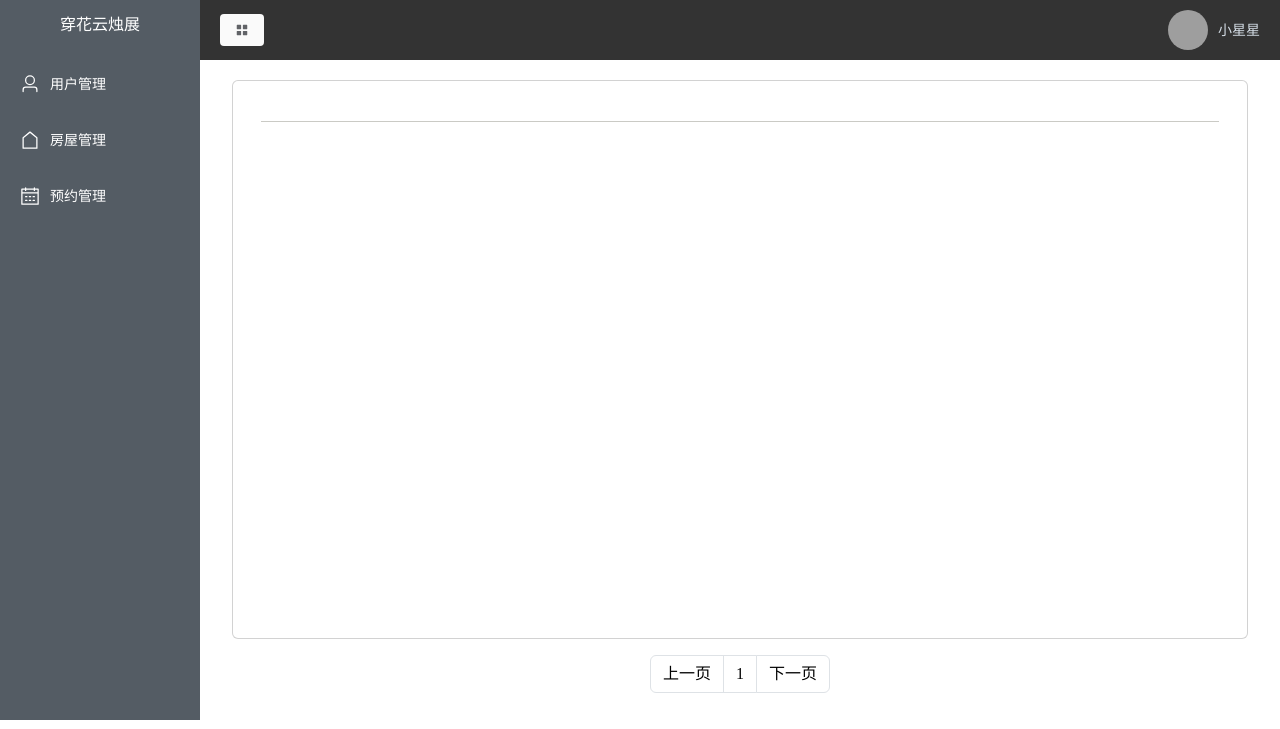
Repository: 3403784285-lucky/test-vue-big
Page: /manager-layout
The author's editor kept a copy of each file at every save. The page is drawn from the files as they stood at one save, then again after the next save.
The browser window is 1280 px wide. The pictures show the whole page.
Pictures or frames that could not be fetched are drawn as grey boxes. The page's requests for data from a server got no answer. The project was rebuilt for these pictures with package versions that can differ from the ones it lists, and the page was loaded fresh each time. No one was signed in, and anything a server would have sent is missing. Also part of the build but not shown: vite.config.js, src/components/HelloWorld.vue, src/components/WelcomeItem.vue, src/components/icons/IconDocumentation.vue, src/components/icons/IconTooling.vue, src/components/icons/IconEcosystem.vue, src/components/icons/IconCommunity.vue, src/components/icons/IconSupport.vue and 2 more. Imported but missing from the stored project, and not drawn on this page: src/views/user/UserPassword.vue.

Above is the page before, as saved 2024-06-22 11:40:39.

After the next save:
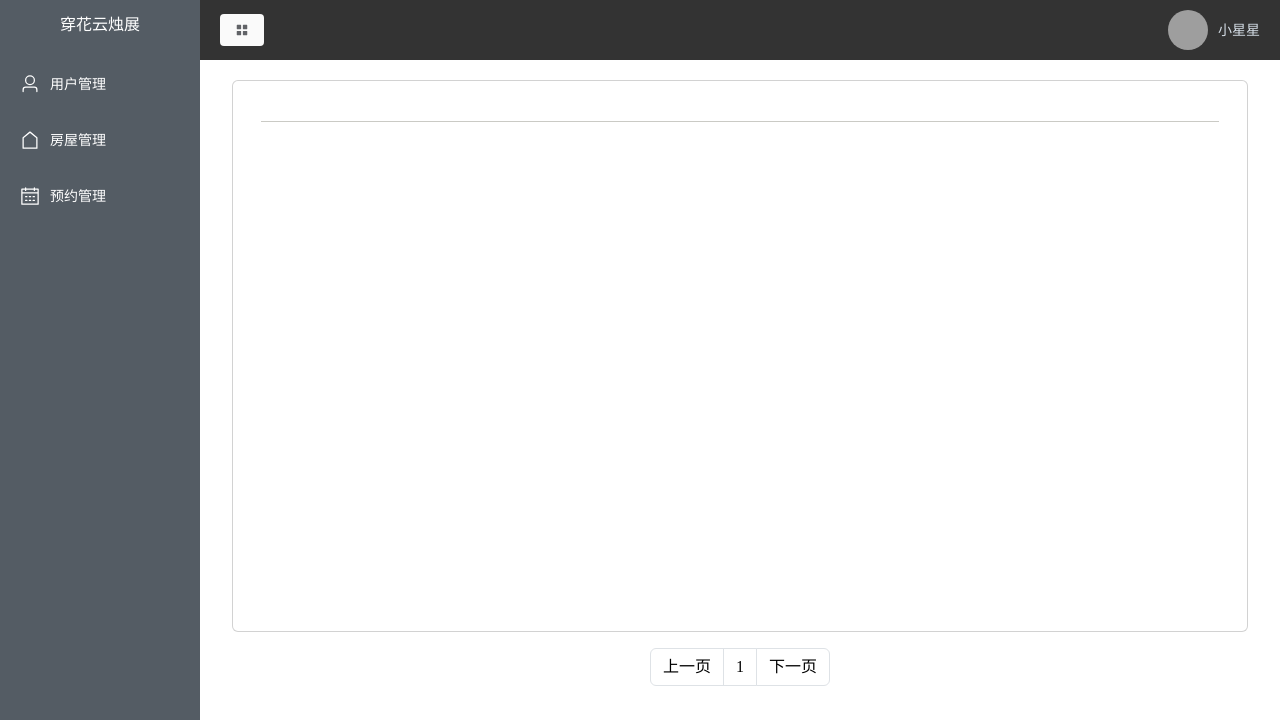
Saved 4 s later.
--- a/src/views/back/HouseManage.vue
+++ b/src/views/back/HouseManage.vue
@@ -861,7 +861,7 @@ const debounceFuncDo = _.debounce((house) => doHouse(house), 500, {
 }
 .manage-frame {
   padding: 1rem;
-  height: 77.6vh;
+  height: 76.6vh;
 }
 .name {
   font-size: 0.9rem;
